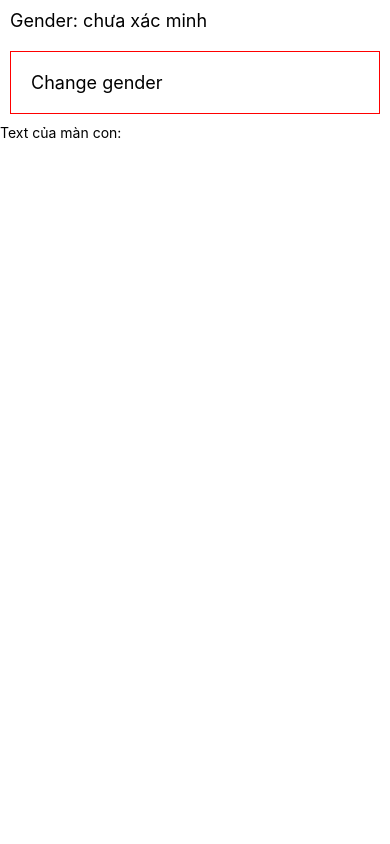
Repository: web345/test
Screen: /
The author's editor kept a copy of each file at every save. The screen is drawn from the files as they stood at one save, then again after the next save.
The app was drawn by React Native's web renderer in a window 390 px wide. The project was rebuilt for these pictures with package versions that can differ from the ones it lists, and the page was loaded fresh each time.

Above is the screen before, as saved 2021-08-17 14:31:12.

### App.js
import React, {useState} from 'react'
import { View, Text, TextInput, TouchableOpacity, StyleSheet } from 'react-native'

export default function App() {


  const [gioitinh, setGioitinh]= useState("chưa xác minh");
  const [text1, settext1]= useState(" ");
  return (
    <View>
    <Text style={style.text} >Gender: {gioitinh}</Text>
    <TouchableOpacity style={style.button}><Text style={style.text}>Change gender</Text></TouchableOpacity>
    <Text >Text của màn con: {text1}</Text>
    </View>
  )
}

const style =StyleSheet.create({
  text: {
    fontSize: 18,
    margin: 10,
  },
  button: {
    borderWidth: 1,
    padding: 10,
    borderColor: "red",
    margin: 10,
  },
});

After the next save:
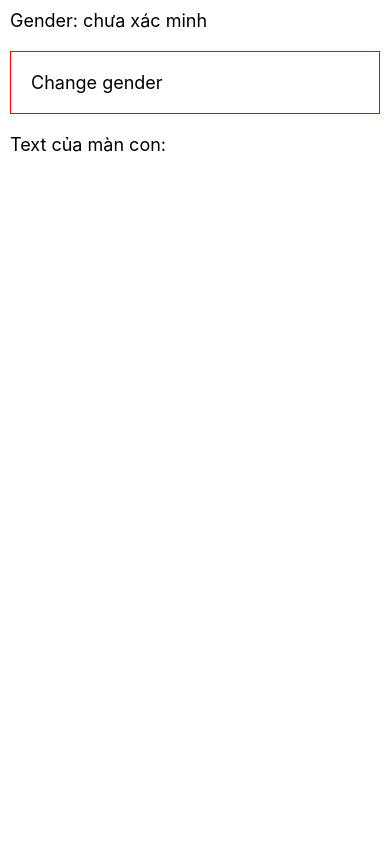
Saved 44 s later.
--- a/App.js
+++ b/App.js
@@ -10,7 +10,7 @@ export default function App() {
     <View>
     <Text style={style.text} >Gender: {gioitinh}</Text>
     <TouchableOpacity style={style.button}><Text style={style.text}>Change gender</Text></TouchableOpacity>
-    <Text >Text của màn con: {text1}</Text>
+    <Text style={style.text} >Text của màn con: {text1}</Text>
     </View>
   )
 }
@@ -26,4 +26,5 @@ const style =StyleSheet.create({
     borderColor: "red",
     margin: 10,
   },
+
 });
